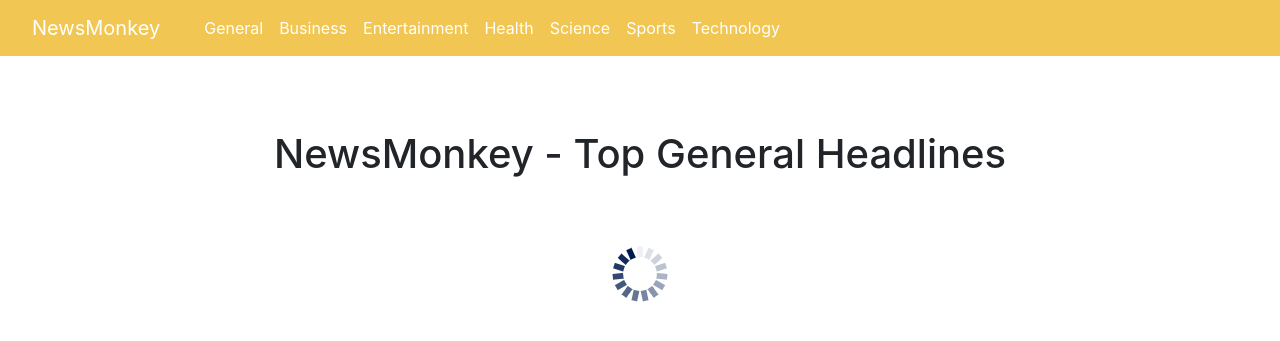
Repository: scelly01/NewsMonkey
Page: /
An editor plug-in stored every save of this project. The page is shown before and after a run of saves, followed by the edit.
The browser window is 1280 px wide. The pictures show the whole page.
The page's requests for data from a server got no answer. The project was rebuilt for these pictures with package versions that can differ from the ones it lists, and the page was loaded fresh each time. A package was used in the major version that the imports need, not the one package.json lists. No one was signed in, and anything a server would have sent is missing. Also part of the build but not shown: src/App.css, src/components/NewsItem.js.

Above is the page before, as saved 2022-04-30 18:24:01.

### src/index.css
body {
  margin: 0;
  font-family: -apple-system, BlinkMacSystemFont, 'Segoe UI', 'Roboto', 'Oxygen',
    'Ubuntu', 'Cantarell', 'Fira Sans', 'Droid Sans', 'Helvetica Neue',
    sans-serif;
  -webkit-font-smoothing: antialiased;
  -moz-osx-font-smoothing: grayscale;
}
.yellow{
  background-color: rgb(241, 198, 82);
}
code {
  font-family: source-code-pro, Menlo, Monaco, Consolas, 'Courier New',
    monospace;
}

### src/components/NavBar.js
import React, { Component } from 'react'
import {
  Link
} from "react-router-dom";

const NavBar = ()=> {

    return (
      <div>
          <nav className="navbar navbar-expand-lg navbar-dark fixed-top yellow">
  <div className="container-fluid">
    <Link className="navbar-brand" to="/" style={{padding:'0 20px'}}>NewsMonkey</Link>
    <button className="navbar-toggler" type="button" data-bs-toggle="collapse" data-bs-target="#navbarSupportedContent" aria-controls="navbarSupportedContent" aria-expanded="false" aria-label="Toggle navigation">
      <span className="navbar-toggler-icon"></span>
    </button>
    <div className="collapse navbar-collapse" id="navbarSupportedContent">
      <ul className="navbar-nav me-auto mb-2 mb-lg-0">

        <li className="nav-item"><Link className="nav-link active" to="/general">General</Link></li>
        <li className="nav-item"><Link className="nav-link active" to="/business">Business</Link></li>
        <li className="nav-item"><Link className="nav-link active" to="/entertainment">Entertainment</Link></li>
        <li className="nav-item"><Link className="nav-link active" to="/health">Health</Link></li>
        <li className="nav-item"><Link className="nav-link active" to="/science">Science</Link></li>
        <li className="nav-item"><Link className="nav-link active" to="/sports">Sports</Link></li>
        <li className="nav-item"><Link className="nav-link active" to="/technology">Technology</Link></li>
      </ul>
    </div>
  </div>
</nav>
      </div>
    )
}

export default NavBar

### src/components/News.js
import React, {Component} from 'react'
import NewsItem from './NewsItem'
import Spinner from './Spinner'
import PropTypes from 'prop-types'

export class News extends Component {

    static defaultProps = {
        country: 'in',
        pageSize: 12,
        category: 'general'
    }
    static propTypes = {
        country: PropTypes.string,
        pageSize: PropTypes.number,
        category: PropTypes.string
    }

    capitalizeFirstLetter = (string)=> {
        return string.charAt(0).toUpperCase() + string.slice(1);
    }

    constructor(props) {
        super(props);
        this.state = {
            articles: [],
            loading: false,
            page: 1
        }
        document.title = `${this.capitalizeFirstLetter(this.props.category)} - NewsMonkey`;
    }

    async updateNews(){
        const url=`https://newsapi.org/v2/top-headlines?country=${this.props.country}&category=${this.props.category}&apiKey=7fff832a0e2c4198ac80f1b4593fd02f&page=${this.state.page}&pageSize=${this.props.pageSize}`;
        this.setState({loading: true});
        let data = await fetch(url);
        let parsedData = await data.json();
        console.log(parsedData);
        this.setState({articles: parsedData.articles,
            totalResults: parsedData.totalResults,
            loading: false
        })
    }

    async componentDidMount(){
        this.updateNews();
    }

    handlePrevClick = async ()=>{
         this.setState({page: this.state.page-1}, ()=>{this.updateNews()});
    }

    handleNextClick = async ()=>{
         this.setState({page: this.state.page+1}, ()=>{this.updateNews()});
    }


    render() {

        return (
            <div className="container my-3">
                <h1 className="text-center" style={{padding:'40px', marginTop:'90px'}}>NewsMonkey - Top {this.capitalizeFirstLetter(this.props.category)} Headlines</h1>
                {this.state.loading && <Spinner />}
                 <div className="row">
                    {!this.state.loading && this.state.articles.map(
                        (element) => {
                            return <div className="col-md-4" key={element.url}>
                                <NewsItem
                                    title={element.title}
                                    description={element.description}
                                    imgUrl={element.urlToImage}
                                    newsUrl={element.url}
                                    date={element.publishedAt}
                                    />
                            </div>}
                            )
                    }
                 </div>
                 {!this.state.loading && <div className="container d-flex justify-content-between" style={{padding:'30px 5px'}}>
                     <button disabled={this.state.page <=1}type="button" className="btn yellow" onClick={this.handlePrevClick}>&larr; Previous </button>
                     <button disabled={this.state.page+1 > Math.ceil(this.state.totalResults/this.props.pageSize)} type="button" className="btn yellow" onClick={this.handleNextClick}> Next &rarr;</button>
                 </div>}

            </div>
                );
    }
}

export default News

### src/components/Spinner.js

import React, { Component } from 'react';
import spinner from './Spinner-0.7s-96px.gif';

const Spinner = ()=> {
    return (
      <div className="text-center"><img src={spinner} />
      </div>
    )
}

export default Spinner

Loaded but not shown: public/index.html (common file); src/index.js (common file); src/App.js (common file); src/reportWebVitals.js (common file)

After the next 2 saves:
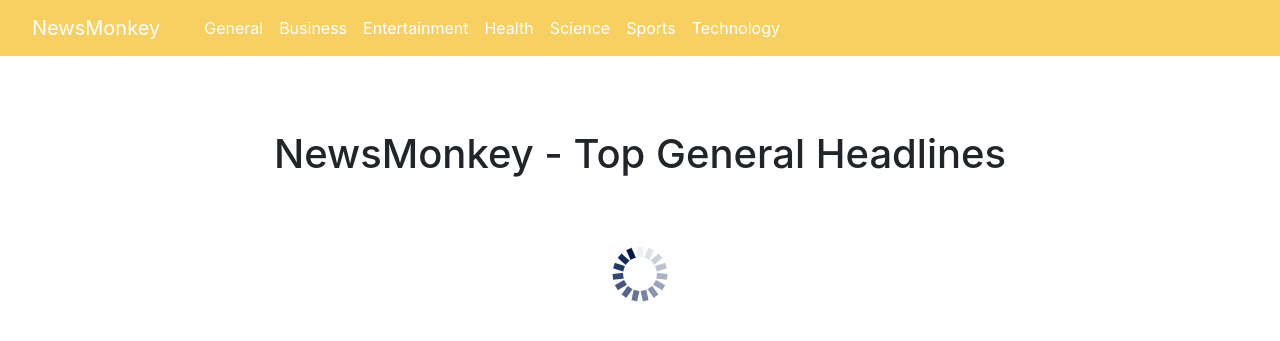
The 2 saves are shown as one change because they came seconds apart.
The last was saved 8 s later.
--- a/src/index.css
+++ b/src/index.css
@@ -7,7 +7,7 @@
   -moz-osx-font-smoothing: grayscale;
 }
 .yellow{
-  background-color: rgb(241, 198, 82);
+  background-color: #f8d061;
 }
 code {
   font-family: source-code-pro, Menlo, Monaco, Consolas, 'Courier New',
